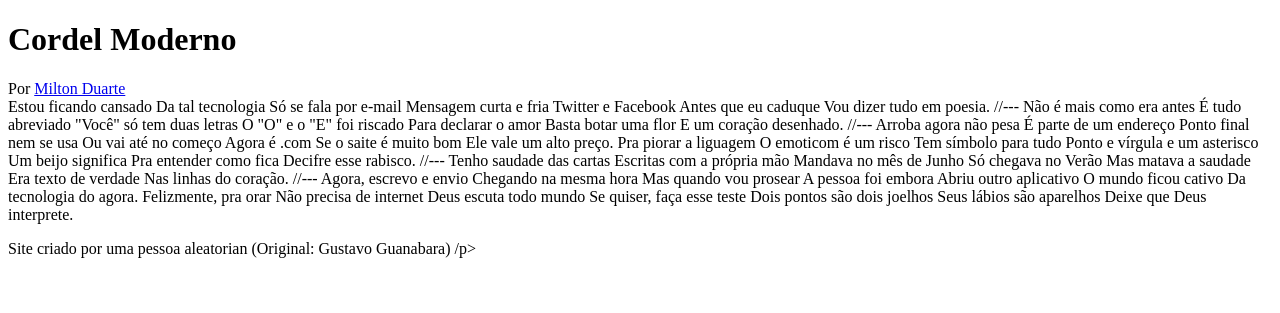
Repository: Codigo404q/html-css
Page: AHAHAHAHAHAHAHHHHHHHHHAHAHAHAHAHAHHAHAH/d012/index.html
An editor plug-in stored every save of this project. The page is shown before and after the next save, followed by the edit.
The browser window is 1280 px wide. The pictures show the whole page.

Above is the page before, as saved 2024-01-07 22:22:25.

After the next save:
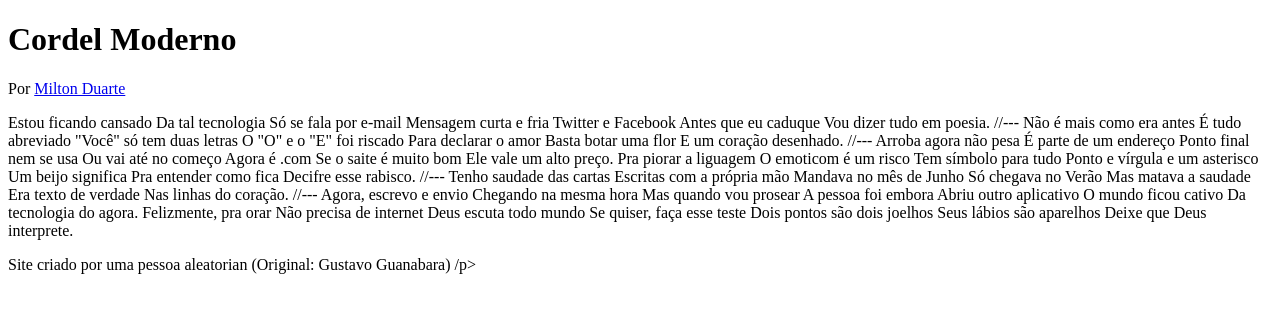
Saved 16 s later.
--- a/AHAHAHAHAHAHAHHHHHHHHHAHAHAHAHAHAHHAHAH/d012/index.html
+++ b/AHAHAHAHAHAHAHHHHHHHHHAHAHAHAHAHAHHAHAH/d012/index.html
@@ -8,7 +8,7 @@
 <body>
         <header>
             <h1>Cordel Moderno</h1>
-            Por <a href="https://www.recantodasletras.com.br/poesias/3186743" target="_blank">Milton Duarte</a>
+            <p>Por <a href="https://www.recantodasletras.com.br/poesias/3186743" target="_blank">Milton Duarte</a></p>
 
         </header>
 
